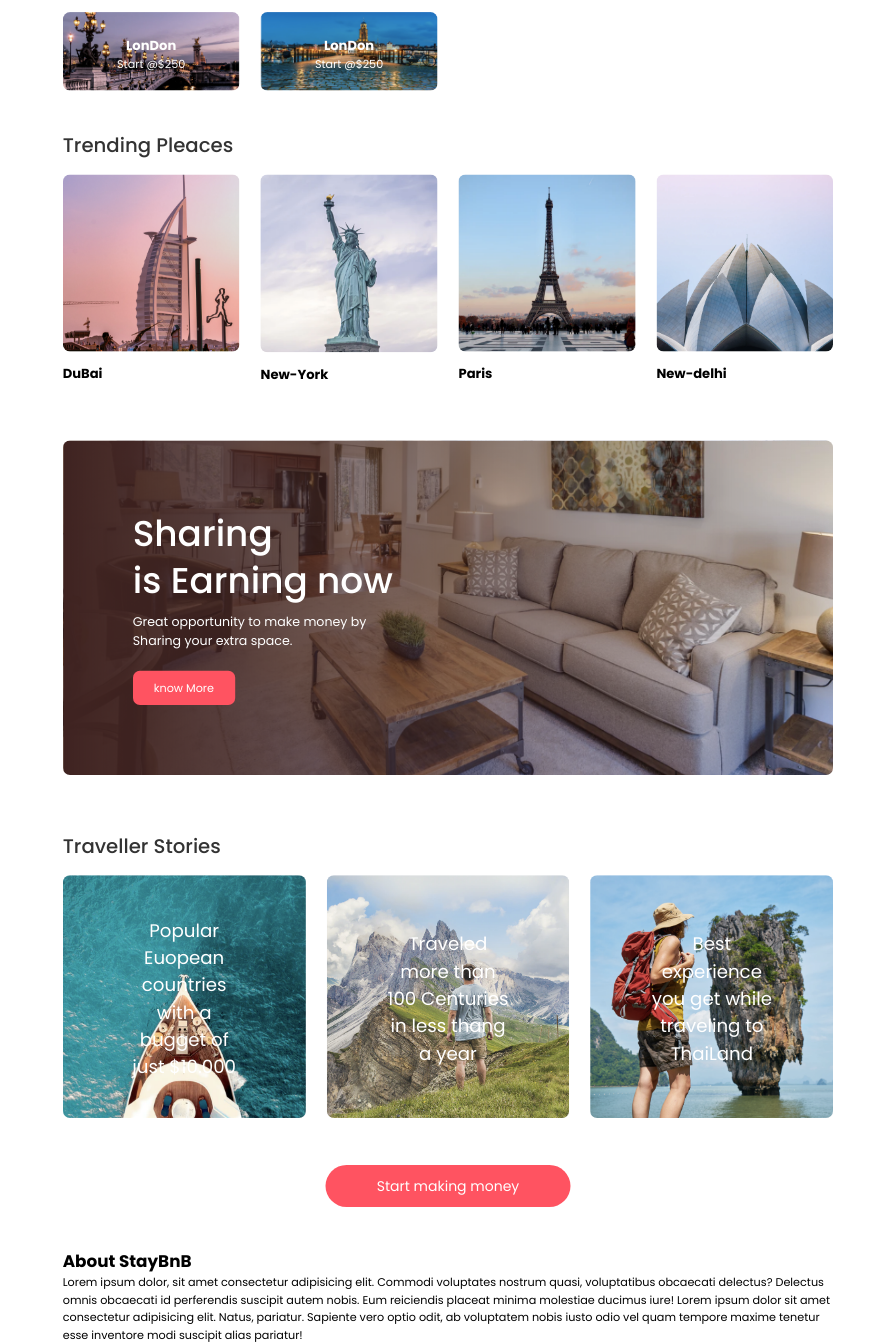
Repository: pinocoding/AirBnB
Page: house.html
An editor plug-in stored every save of this project. The page is shown before and after the next save, followed by the edit.
The browser window is 1280 px wide. The pictures show the part of the page from y = 965 to 2885 px (the page is 2885 px tall), at 70% of full size.

Above is the page before, as saved 2022-01-23 16:29:33.

After the next save:
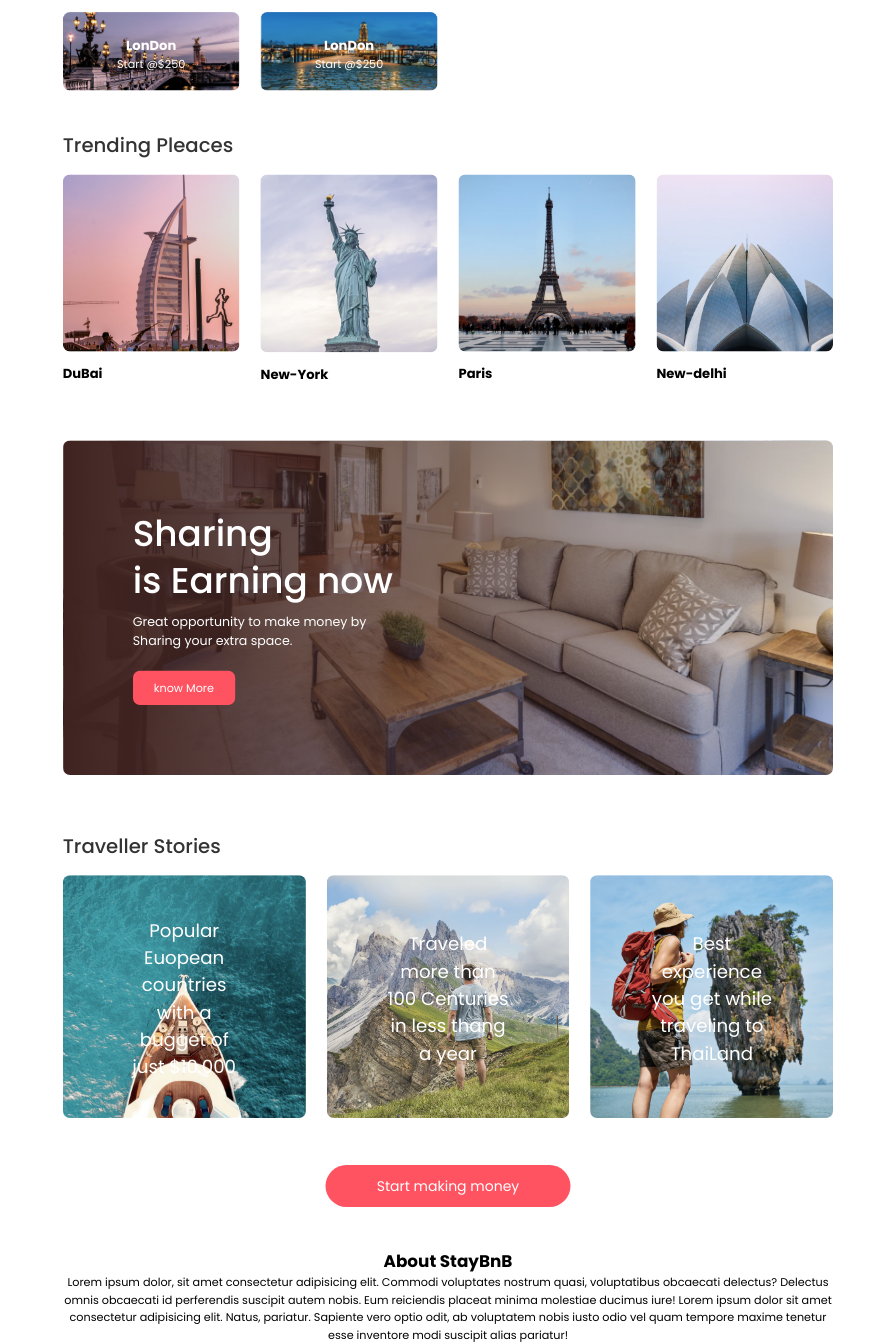
Saved 17 s later.
--- a/style.css
+++ b/style.css
@@ -218,3 +218,6 @@ padding-top: 22%
 
 
 }
+.about-msg {
+  text-align: center;
+}
